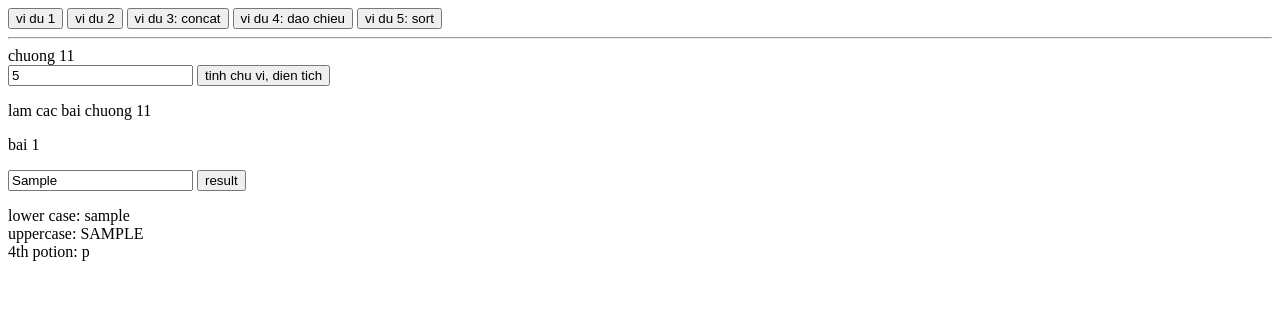
Repository: thanhp6868/ltWeb
Page: 1810/vidu/index.html
An editor plug-in stored every save of this project. The page is shown before and after the next save, followed by the edit.
The browser window is 1280 px wide. The pictures show the whole page.
Empty fields were first filled with sample values (such as "Sample", 5 or name@example.com).
After loading, the first visible `button[onclick="bai1()"]` was clicked once.

Above is the page before, as saved 2023-10-18 15:46:20.

### 1810/vidu/index.html
<!DOCTYPE html>
<html lang="en">
<head>
    <meta charset="UTF-8">
    <meta name="viewport" content="width=device-width, initial-scale=1.0">
    <title>vi du</title>
    <script type="text/javascript" src="vidu.js"></script>
</head>
<body>
    <button onclick="arraytest(false)">vi du 1</button>
    <button onclick="arraytest2()">vi du 2</button>
    <button onclick="concat_VD()">vi du 3: concat</button>
    <button onclick="daochieu()">vi du 4: dao chieu</button>
    <button onclick="arraytest(true)">vi du 5: sort</button>
<hr>
    chuong 11
    <br>
    <input type="number" id="r">
    <button onclick="hinhTron()">tinh chu vi, dien tich</button>
    <p id="ketqua"></p>
    <p>lam cac bai chuong 11</p>
    <p>bai 1</p>
    <input type="text" id="bai1_text">
     <button onclick="bai1()">result</button>
     <p id="result_1"></p>
</body>
</html>

### 1810/vidu/vidu.js
function testreturn(x) {
    var i = 0;
    while (i < 6) {
        if (i == 3)
            break
        i++
    }
    document.write(i * x);
    return (i * x);
}

function arraytest(sort) {
    myArray = new Array(3);
    myArray[0] = "Ha Noi";
    myArray[1] = "Da Nang";
    myArray[2] = "Ho Chi Minh";
    if(sort)
        myArray.sort();
    for (var i in myArray)
    document.writeln(myArray[i] + "<BR>")


}
function arraytest2() {
    a = new Array("a", "b", "c");
    a1 = a.join(); // gán "a,b,c" vào a1
    a2 = a.join(","); // gán "a,b,c" vào a2
    a3 = a.join("+"); // gán "a+b+c" vào a1
    document.writeln(a1 + "<BR>");
    document.writeln(a2 + "<BR>");
    document.writeln(a3 + "<BR>");
}
function concat_VD() {
    a = new Array ("a","b", "c")
b = new Array (1,2,3)
ab = a.concat(b);
    for (var i in ab)
        document.writeln(ab[i] + ", ");
}
function daochieu(){
    a = new Array("1", "2","3");
    a.reverse();
    for (var i in a)
        document.writeln(a[i] + "<BR>");
}

function hinhTron(){
    var r = parseFloat(document.getElementById("r").value);

    var chuvi = Math.PI *2*r;
    var dientich = Math.PI * r*r;

    document.getElementById("ketqua").innerHTML="Chu vi: " + chuvi +"<br>" +"dien tich: "+ dientich;

}

function bai1(){
    var x = document.getElementById("bai1_text").value;

    document.getElementById("result_1").innerHTML= "lower case: "+ x.toLowerCase() + "<br>" + "uppercase: " + x.toUpperCase() + "<br>" + "4th potion: "+ x.substring(3,4);
}

After the next save:
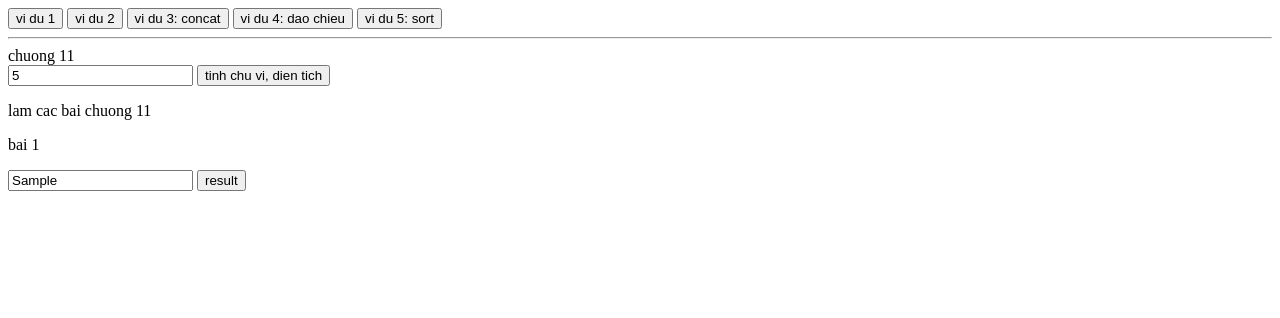
Console error: TypeError: x.len is not a function
Saved 41 s later.
--- a/1810/vidu/vidu.js
+++ b/1810/vidu/vidu.js
@@ -57,5 +57,5 @@
 function bai1(){
     var x = document.getElementById("bai1_text").value;
 
-    document.getElementById("result_1").innerHTML= "lower case: "+ x.toLowerCase() + "<br>" + "uppercase: " + x.toUpperCase() + "<br>" + "4th potion: "+ x.substring(3,4);
+    document.getElementById("result_1").innerHTML= "lower case: "+ x.toLowerCase() + "<br>" + "uppercase: " + x.toUpperCase() + "<br>" + "4th potion: "+ x.substring(3,4) +"length: " +x.len();
 }

After the 2 saves that followed:
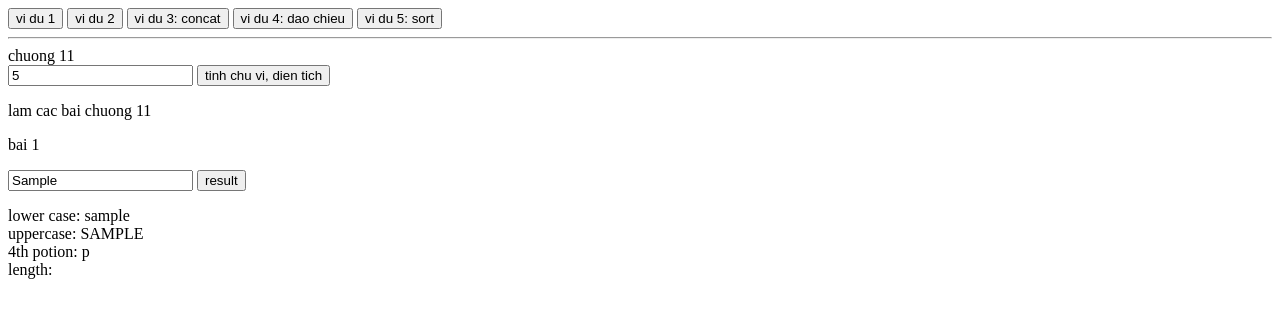
The error is gone.
The 2 saves are shown as one change because 1 left the picture as it was.
The last was saved 36 s later.
--- a/1810/vidu/vidu.js
+++ b/1810/vidu/vidu.js
@@ -57,5 +57,5 @@
 function bai1(){
     var x = document.getElementById("bai1_text").value;
 
-    document.getElementById("result_1").innerHTML= "lower case: "+ x.toLowerCase() + "<br>" + "uppercase: " + x.toUpperCase() + "<br>" + "4th potion: "+ x.substring(3,4) +"length: " +x.len();
+    document.getElementById("result_1").innerHTML= "lower case: "+ x.toLowerCase() + "<br>" + "uppercase: " + x.toUpperCase() + "<br>" + "4th potion: "+ x.substring(3,4) +"<br>"+"length: " ;
 }
